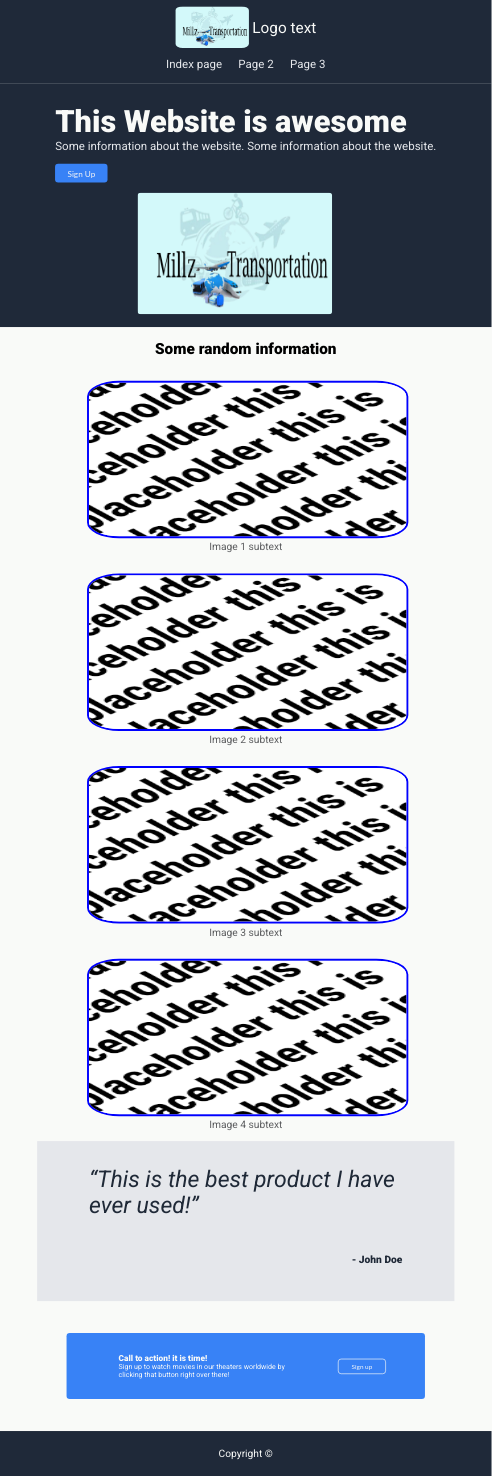
Repository: MikkyPrestige/css-assignment
Page: index.html
These files come from the project's save history. The page is drawn as it stood at one moment and after the next save; the edit follows.
The browser window is 768 px wide. The pictures show the whole page, at 64% of full size.

Above is the page before, as saved 2023-04-27 03:47:52.

### index.html
<!DOCTYPE html>
<html lang="en">

<head>
  <meta charset="UTF-8">
  <meta http-equiv="X-UA-Compatible" content="IE=edge">
  <meta name="viewport" content="width=device-width, initial-scale=1.0">
  <link rel="stylesheet" href="./styles/index.css">
  <title>Assignment</title>
</head>

<body>
  <header>
    <div class="header">
      <div class="header-logo">
        <img src="./images/TransportationIcon3.jpg" alt="Company logo">
        <p>Logo text</p>
      </div>
      <nav>
        <a class="header-link" href="./index.html">Index page</a>
        <a class="header-link" href="./pages/extraPage1.html">Page 2</a>
        <a class="header-link" href="./pages/extraPage2.html">Page 3</a>
      </nav>
    </div>
  </header>

  <main>
    <!-- Claimed by Ashley -->
    <div class="Section_1">
      <div class="Header_body">
        <div class="Header_content">
          <h1 class="Header_title">
            This Website is awesome
          </h1>
          <p class="Header_text">
            Some information about the website. Some information about the website.
          </p>
          <button class="Header_btn">Sign Up</button>
        </div>
        <figure class="Header_image">
          <img class="headerImage" src="./images/TransportationIcon3.jpg" alt="icon" >
        </figure>
      </div>
    </div>

    <!-- Claimed by Owen -->
    <div id="Section2">
      <h2>Some random information</h2>
      <div class="flex-image-container">
        <figure class="main-image">
          <img src="./images/placeholder1.png" alt="placeholder">
          <figcaption>Image 1 subtext</figcaption>
        </figure>
        <figure class="main-image">
          <img src="./images/placeholder1.png" alt="placeholder">
          <figcaption>Image 2 subtext</figcaption>
        </figure>
        <figure class="main-image">
          <img src="./images/placeholder1.png" alt="placeholder">
          <figcaption>Image 3 subtext</figcaption>
        </figure>
        <figure class="main-image">
          <img src="./images/placeholder1.png" alt="placeholder">
          <figcaption>Image 4 subtext</figcaption>
        </figure>
      </div>

    </div>

    <!-- Claimed by Alex -->
    <section class="section-3">
      <Selection class="review-slider">
        <div class="review-container">
          <div class="review">
            <q class="review-text">This is the best product I have ever used!</q>
            <p class="review-author">- John Doe</p>
          </div>

          <div class="review">
            <q class="review-text">I love this product! It has made my life so much easier.</q>
            <p class="review-author">- Jane Smith</p>
          </div>

          <div class="review">
            <q class="review-text">I highly recommend this product to anyone.</q>
            <p class="review-author">- Tom Johnson</p>
          </div>

          <div class="review">
            <q class="review-text">This is the best product I have ever used!</q>
            <p class="review-author">- John Doe 2</p>
          </div>

          <div class="review">
            <q class="review-text">I love this product! It has made my life so much easier.</q>
            <p class="review-author">- Jane Smith 2</p>
          </div>

          <div class="review">
            <q class="review-text">I highly recommend this product to anyone.</q>
            <p class="review-author">- Tom Johnson 2</p>
          </div>
        </div>
      </Selection>
    </section>

    <section class="section4">
      <div class="section4-wrapper">
        <div class="section4-cta">
          <h2 class="section4-cta__title">Call to action! it is time!</h2>
          <p class="section4-cta__subtitle">Sign up to watch movies in our theaters worldwide by clicking
            that button right over there!
          </p>
        </div>
        <button class="section4-cta__btn">Sign up</button>
      </div>
    </section>
  </main>

  <footer>
    <div class="footer">
      <p>Copyright &copy</p>
    </div>
  </footer>
</body>

</html>

### styles/index.css
@import url('https://fonts.googleapis.com/css2?family=Roboto:ital,wght@0,400;0,900;1,400&display=swap');

/*  CSS variables defined here and referenced using var(--varName).
    Note: name must have '--' prefix */
:root {
  --review-count: 6;
}

body {
  font-family: 'Roboto', sans-serif;
  margin: 0;
	padding: 0;
	background-color: #F9FAF8;
	width: 100%;
	min-height: 100vh;
}

/* CSS for page header */
header {
  padding-top: 10px;
  padding-bottom: 20px;
  background-color: #1F2939;
}

.header {
  margin: auto;
  height: 50px;
  width: 75%;
  display: flex;
  justify-content: space-between;
}

@media (max-width: 800px) {
  .header {
    flex-direction: column;
    align-items: center;
    height: 100px;
  }
}

.header nav {
  width: 300px;
  display: flex;
  justify-content: space-evenly;
}

.header-logo {
  display: flex;
  height: 100%;
  align-items: center;
}

@media (max-width: 800px) {
  .header-logo {
    height: 65%;
  }
}

.header-logo img {
  height: 100%;
  border-radius: 10%;
}

.header-logo p {
  padding-left: 5px;
  font-size: 24px;
  color: #F9FAF8;
}

.header-link {
  font-size: 18px;
  color: #E5E7EB;
  align-self: center;
}

.header-link:link {
  text-decoration: none;
}

.header-link:visited {
  text-decoration: none;
}

.header-link:hover {
  text-decoration: underline;
}

.header-link:active {
  text-decoration: none;
}

/*Css for Section 1 of the index */

.Section_1 {
  background-color: #1F2939;
	padding: 0 10%;
}

h1 {
  font-size: 24px;
  color: #F9FAF8;
}

.Header_body {
  display: flex;
  justify-content: center;
	align-items: center;
	height: 65vh;
	width: 100%;
}

@media (max-width: 800px) {
	.Header_body {
		flex-direction: column;
		height: 100%;
	}
}

.Header_content {
	flex-basis: 50%;
}

.Header_title {
  font-size: 48px;
  color: #F9FAF8;
  font-weight: 800;
	margin-bottom: -20px;
}

.Header_text {
  font-size: 18px;
  color: #E5E7EB;
}

.Header_btn {
  padding: .5em 1.5em;
  border-radius: 5px;
  border: none;
  background-color: #3882F6;
  color: whitesmoke;
  font-family: 'Lato', sans-serif;
  font-size: .8em;
}

.Header_image {
	flex-basis: 50%;
}

.headerImage {
	height: 190px;
	width: 90%;
	border-radius: 5px;
	-webkit-border-radius: 5px;
	-moz-border-radius: 5px;
	-ms-border-radius: 5px;
	-o-border-radius: 5px;
}

/* Css for Section 2 of the index */
#Section2 {
  text-align: center;
  width: 75%;
  margin: auto;
}

.flex-image-container {
  display: flex;
  flex-direction: row;
  flex-wrap: nowrap;
  justify-content: center;
  align-items: stretch;
  align-content: center;
}

@media (max-width: 800px) {
  .flex-image-container {
    flex-direction: column;
  }
}

.main-image {
  min-width: 20%;
}

.main-image img {
  width: 100%;
  height: 15em;
  border: 3px blue;
  border-style: solid;
  border-radius: 10%;
}

.main-image figcaption {
  color: #5e5f61;
}

/* CSS for section 3 of index */
.section-3 {
  height: 250px;
  width: 85%;
  background-color: #E5E7EB;
  display: flex;
  justify-content: center;
  align-items: center;
  margin: auto;
}

/* Automatic slideshow */
.review-slider {
  position: relative;
  margin: auto;
  width: 50%;
  height: 100%;
  overflow: hidden;
}

@media (max-width: 800px) {
  .review-slider {
    width: 75%;
  }
}

.review-slider .review-container {
  position: absolute;
  width: calc(100% * var(--review-count));
  height: 100%;
  top: 0;
  left: 0;
  overflow: hidden;
  animation: slider 26s infinite;
}

.review-slider .review-container .review {
  position: relative;
  width: calc(100% / var(--review-count));
  height: 100%;
  display: flex;
  flex-direction: column;
  justify-content: space-evenly;
  float: left;
  overflow: hidden
}

.review-text {
  font-size: 36px;
  font-weight: 300;
  font-style: italic;
  color: #1F2937;
}

.review-author {
  font-weight: bold;
  color: #1F2937;
  align-self: end;
}

.section4 {
  height: 100%;
  width: 100%;
  padding: 50px 0;
}

.section4-wrapper {
  display: flex;
  justify-content: space-around;
  align-items: center;
  width: 60%;
  background-color: #3882F6;
  margin: 0 auto;
  padding: 0 50px;
  border-radius: 5px;
  -webkit-border-radius: 5px;
  -moz-border-radius: 5px;
  -ms-border-radius: 5px;
  -o-border-radius: 5px;
}

.section4-cta {
  flex-basis: 65%;
  padding: 20px;
}

.section4-cta__title {
  font-size: 13px;
  color: #F9FAF8;
}

.section4-cta__subtitle {
  font-size: 11px;
  color: #F9FAF8;
  margin-top: -10px;
}

.section4-cta__btn {
  padding: 5px 20px;
  border-radius: 5px;
  border: 1px solid #F9FAF8;
  background-color: #3882F6;
  color: #F9FAF8;
  font-family: 'Lato', sans-serif;
  font-size: 10px;
}

@media screen and (max-width: 600px) {
  .section4-wrapper {
    flex-direction: column;
    width: 50%;
    padding: 10px 0;
  }

  .section4-cta {
    flex-basis: 100%;
  }

  .section4-cta__title {
    font-size: 10px;
  }

  .section4-cta__subtitle {
    font-size: 8px;
    margin-top: -5px;
    line-height: 12px;
  }
}

@keyframes slider {

  0%,
  25%,
  100% {
    left: 0
  }

  30%,
  55% {
    left: -100%
  }

  60%,
  85% {
    left: -200%
  }
}

/* CSS for page footer */
footer {
  padding-top: 10px;
  padding-bottom: 10px;
  color: #F9FAF8;
  background-color: #1F2939;
}

.footer {
  margin: auto;
  width: 75%;
  text-align: center;
}

After the next save:
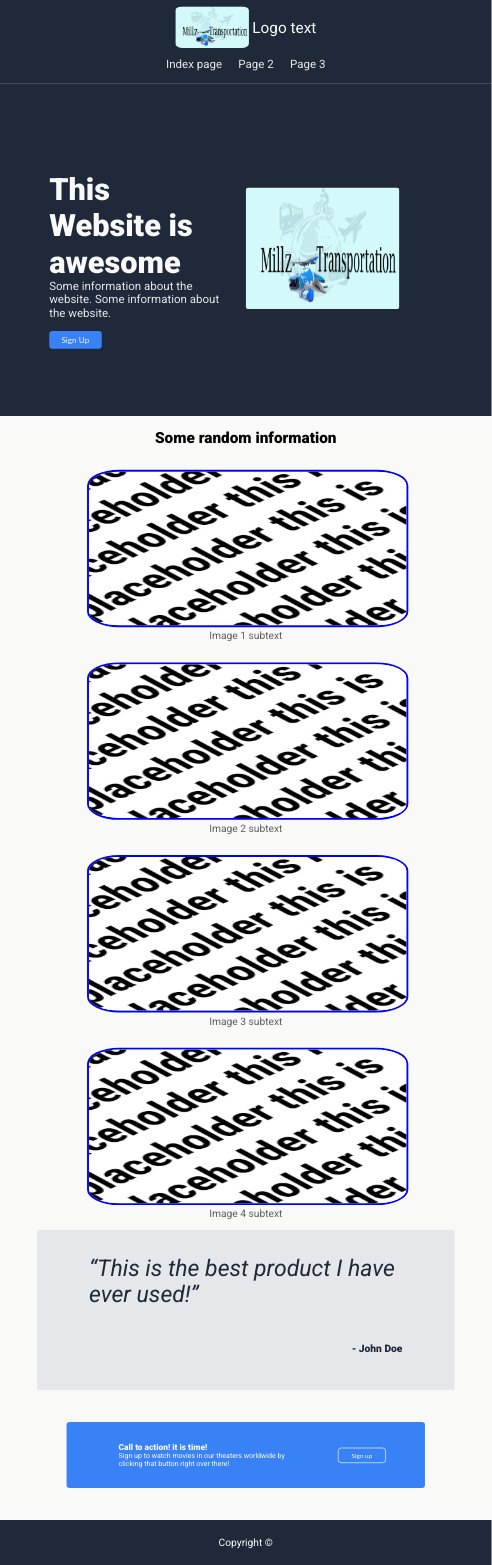
Saved 29 s later.
--- a/styles/index.css
+++ b/styles/index.css
@@ -107,13 +107,6 @@
 	align-items: center;
 	height: 65vh;
 	width: 100%;
-}
-
-@media (max-width: 800px) {
-	.Header_body {
-		flex-direction: column;
-		height: 100%;
-	}
 }
 
 .Header_content {
